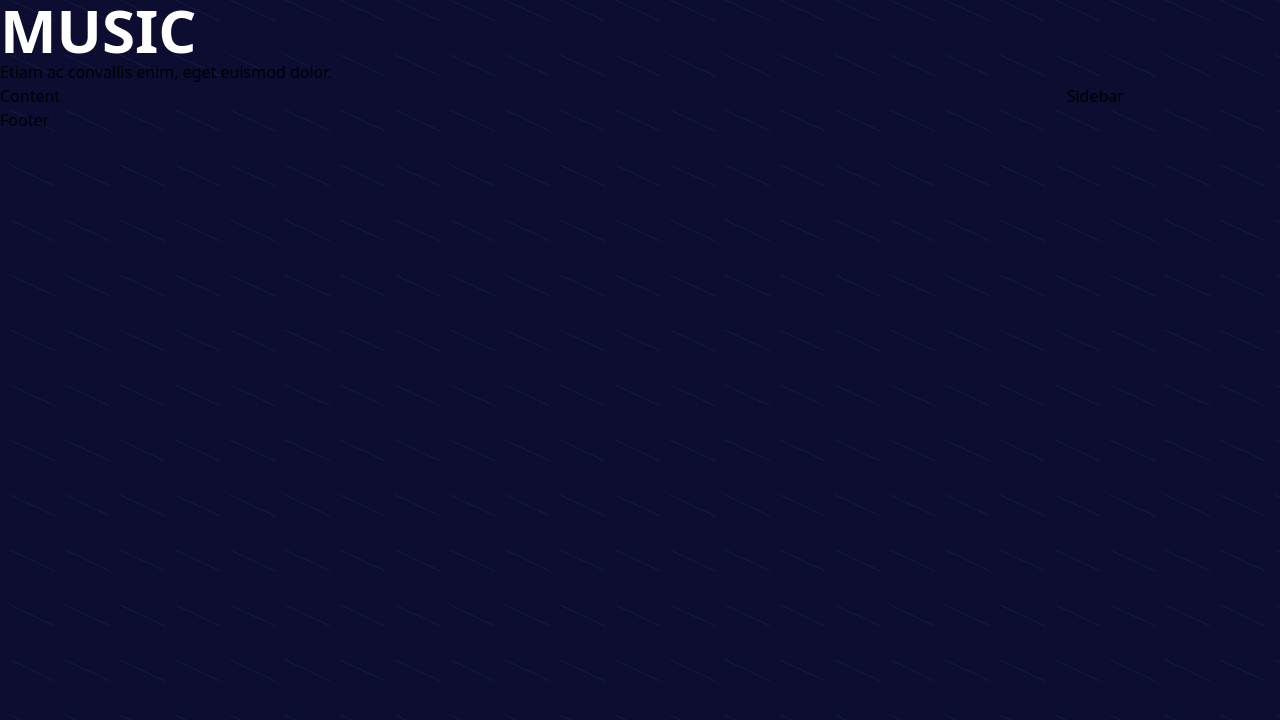
Repository: ItsMe-Pal/something
Page: index.html
These files come from the project's save history. The page is drawn as it stood at one moment and after a run of saves; the edit follows.
The browser window is 1280 px wide. The pictures show the whole page.
The style sheet was rebuilt from its Sass, Less or Tailwind sources for each picture, by a compiler version that may differ from the author's.

Above is the page before, as saved 2025-06-22 18:38:30.

### index.html
<!DOCTYPE html>
<html lang="en">
<head>
    <meta charset="UTF-8">
    <meta name="viewport" content="width=device-width, initial-scale=1.0">
    <title></title>

    <link rel="stylesheet" href="/manifest.json">

    <script src="https://cdn.jsdelivr.net/npm/@tailwindcss/browser@4"></script>
    <script src="https://code.jquery.com/jquery-3.7.1.js" integrity="sha256-eKhayi8LEQwp4NKxN+CfCh+3qOVUtJn3QNZ0TciWLP4=" crossorigin="anonymous"></script>

    <link rel="stylesheet" href="/styles/main.css">
</head>
<body>
    <div id="bg">

    <div class="relative flex gap-[2%] flex-wrap content-start">
        <div class="w-full h-[5%]">

                <span class="word1">MUSIC</span>
                <p class="word2">Etiam ac convallis enim, eget euismod dolor.</p>

        </div>
        <div class="grow h-3/4">Content</div>
        <div class="w-1/6 h-3/4">Sidebar</div>
        <div class="w-full h-[5%]">Footer</div>
      </div>

    </div>
    <script src="/src/main.js"></script>
</body>
</html>

### styles/main.scss
@use "./customs.scss";


#bg {
    position: relative;
    width: 100%;
    height: 100vh;
    --color: #001f3fe8;
    background-color: #001d33;
    background-image: linear-gradient(205deg, transparent 24%, var(--color) 25%, #0e7e87 26%, transparent 27%, transparent 74%, rgba(0, 58, 86, 0.9098039216) 75%, var(--color) 76%, transparent 77%, transparent), linear-gradient(90deg, transparent 24%, var(--color) 25%, rgba(27, 26, 17, 0.9098039216) 26%, transparent 27%, transparent 74%, rgba(19, 18, 19, 0.9098039216) 75%, var(--color) 76%, transparent 77%, transparent);
    background-size: 55px 55px;
  }
#bg:before {
    content: "";
    position: absolute;
    left: 0;
    top: 0;
    width: 100%;
    background-color: #100930c9;
    height: 100%;
}
  .word1 {
    font-size: 3.75rem;
    line-height: 1;
    font-weight: 700;
    color: #fff
  }

Loaded but not shown: manifest.json (58 lines, source omitted); src/main.js (6 lines, source omitted); styles/customs.scss (846 lines, source omitted)

After the next 2 saves:
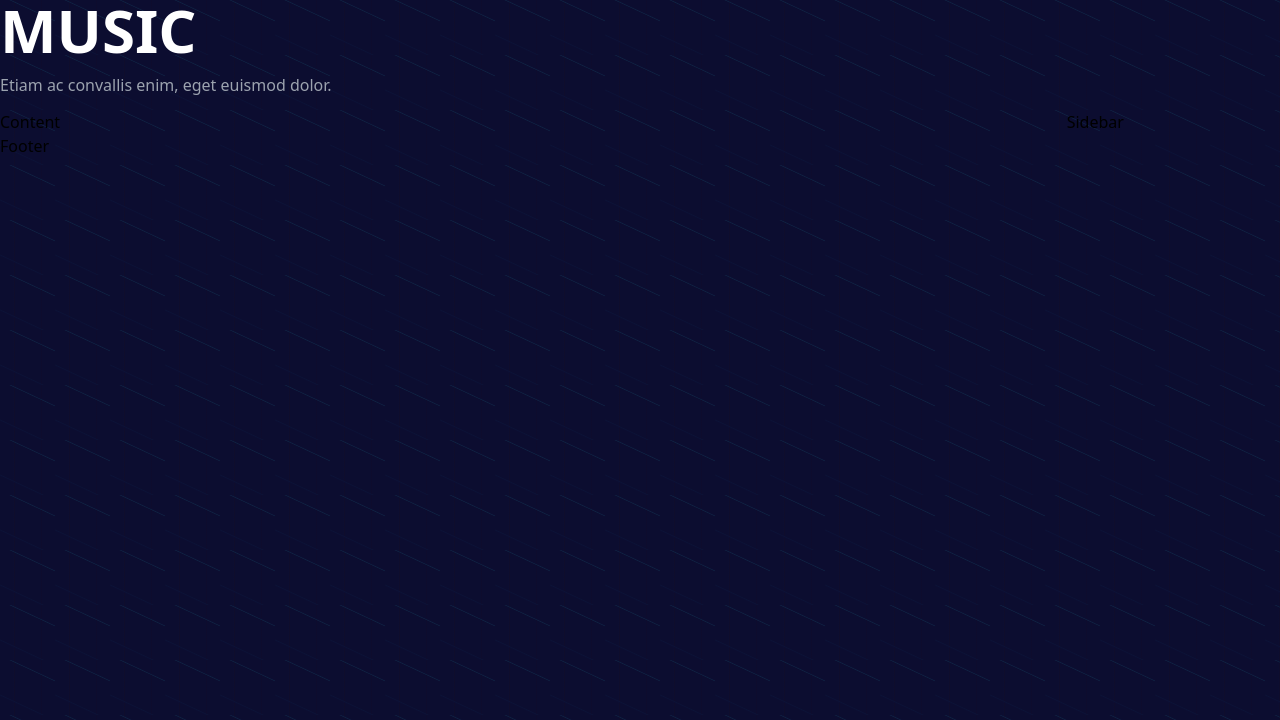
The 2 saves are shown as one change because they came seconds apart.
The last was saved 10 s later.
--- a/styles/main.scss
+++ b/styles/main.scss
@@ -25,3 +25,9 @@
     font-weight: 700;
     color: #fff
   }
+  .word2 {
+    margin-top: 0.75rem;
+    margin-bottom: 0.75rem;
+    line-height: 1.625;
+    color: rgba(156, 163, 175, 1);
+  }
